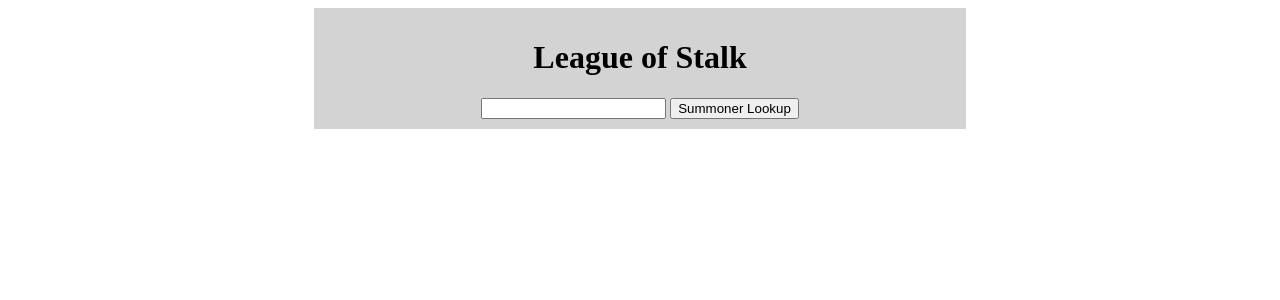
Repository: Dreifingerjpey/TestLos
Page: http://localhost/LeagueOfStalk/
The author's editor kept a copy of each file at every save. The page is drawn from the files as they stood at one save, then again after the next save.
The browser window is 1280 px wide. The pictures show the whole page.
The page is served by Tomcat 9. Other server files are loaded and not shown.

Above is the page before, as saved 2017-08-05 10:35:46.

### Eclipse/LeagueOfStalk/WebContent/index.jsp
<%@ page language="java" contentType="text/html; charset=ISO-8859-1"
    pageEncoding="ISO-8859-1"%>
<!DOCTYPE html PUBLIC "-//W3C//DTD HTML 4.01 Transitional//EN" "http://www.w3.org/TR/html4/loose.dtd">
<html>

<head>
	<jsp:include page="CSS/Style.css"/>
	<link rel="stylesheet" href="${pageContext.request.contextPath}/CSS/Style.css" />
	<meta http-equiv="Content-Type" content="text/html; charset=ISO-8859-1">
	<title>League of Stalk</title>
</head>

<body >
	<div class="input">
		<h1>League of Stalk</h1>
			<div align="center">
				<form  action="SummonerLookup">
				<input type="text" name="summoner">
				<input type="submit" value="Summoner Lookup"/>
			</div>
		</form>
	</div>
	<div class="frontpage"></div>
</body>
</html>

### Eclipse/LeagueOfStalk/WebContent/CSS/Style.css
<!DOCTYPE html>
<html>
<head>
<style>
	body {
	    background-color: white;
	}

	.input{
		background-color: lightgrey;
		margin: auto;
		text-align: center;
		width: 50%;
		padding: 10px;
	}
	.profile{
		display: block;
	    margin: auto;
	    width: 50%;
		text-align: center;
		width: 50%;
		background-color: lightgrey;
	}
	.frontpage{
	background-color: lightgrey;
	}
	h1{

	}
	h2{

	}

</style>
</head>
<body>

</body>
</html>

After the next save:
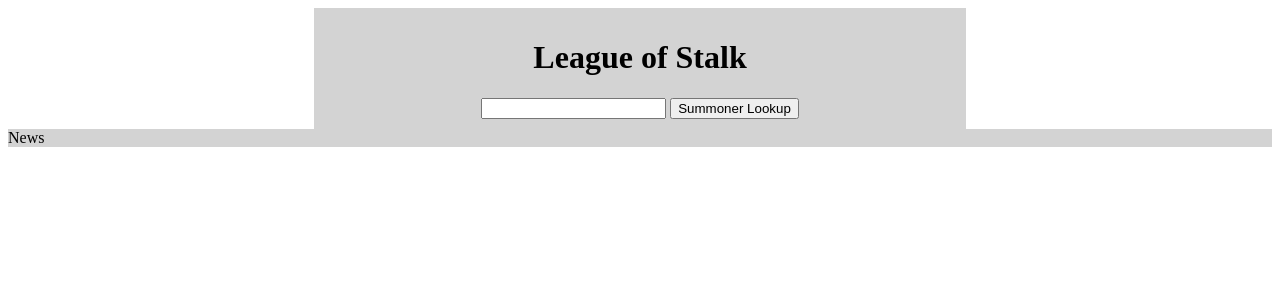
Saved 18 s later.
--- a/Eclipse/LeagueOfStalk/WebContent/index.jsp
+++ b/Eclipse/LeagueOfStalk/WebContent/index.jsp
@@ -20,6 +20,6 @@
 			</div>
 		</form>
 	</div>
-	<div class="frontpage"></div>
+	<div class="frontpage">News</div>
 </body>
 </html>
